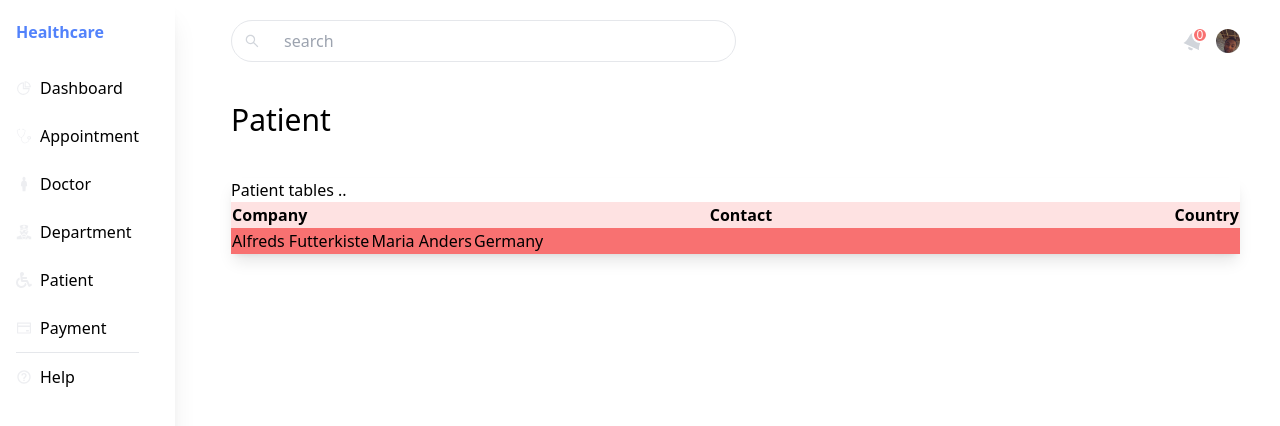
Repository: hisreal123/healthcare-dashboard
Page: /patient
An editor plug-in stored every save of this project. The page is shown before and after the next save, followed by the edit.
The browser window is 1280 px wide. The pictures show the whole page.
The project was rebuilt for these pictures with package versions that can differ from the ones it lists, and the page was loaded fresh each time. Also part of the build but not shown: vite.config.ts, src/routes/Error.tsx, src/views/Dashboard.tsx, components/tables/AppointementTable.tsx, src/views/Appointment.tsx, src/views/Doctor.tsx, src/views/Department.tsx, src/views/Payment.tsx and 1 more.

Above is the page before, as saved 2023-05-05 19:04:15.

After the next save:
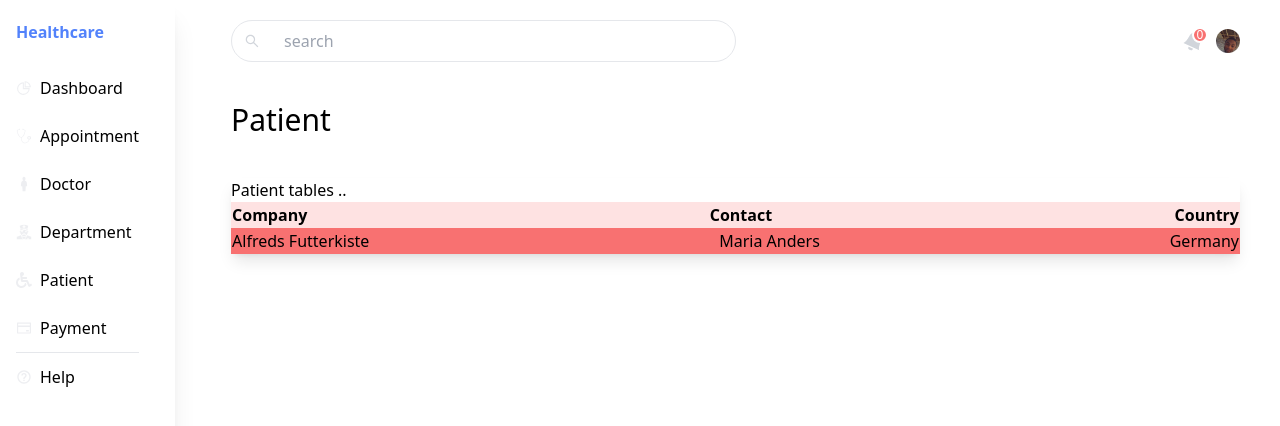
Saved 4 s later.
--- a/components/tables/PatientsTable.tsx
+++ b/components/tables/PatientsTable.tsx
@@ -44,7 +44,7 @@ export default function PatientTable({ patientStyle }: PatientTableProps) {
                         <th>Contact</th>
                         <th>Country</th>
                     </tr>
-                    <tr className='flex-1 w-full relative justify-between'>
+                    <tr className='flex-1 w-full flex relative justify-between'>
                         <td>Alfreds Futterkiste</td>
                         <td>Maria Anders</td>
                         <td>Germany</td>
